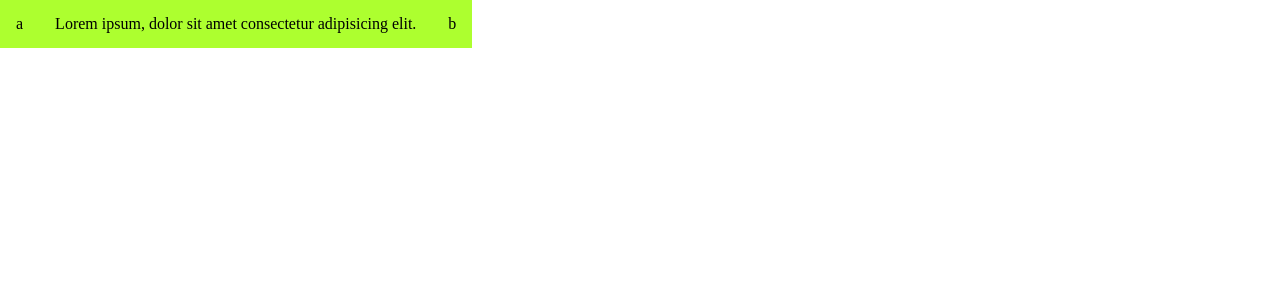
Repository: Giangattt123/HTML-CSS
Page: CSS/Flexbox/index.html
The author's editor kept a copy of each file at every save. The page is drawn from the files as they stood at one save, then again after the next save.
The browser window is 1280 px wide. The pictures show the whole page.

Above is the page before, as saved 2023-04-26 10:51:03.

After the next save:
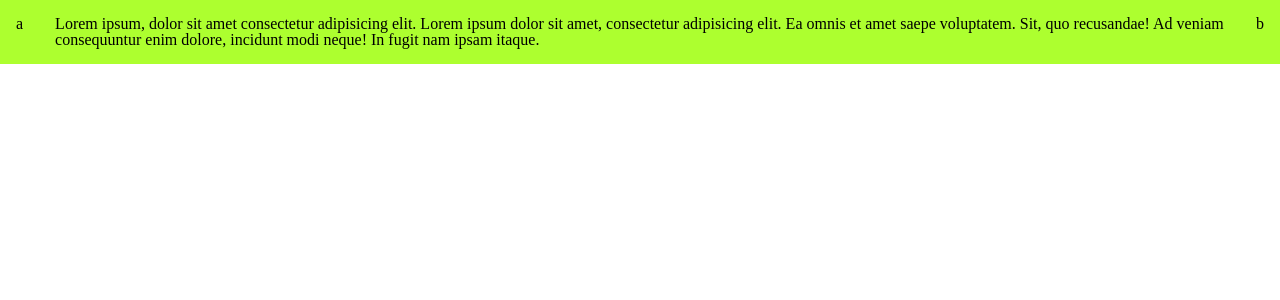
Saved 50 s later.
--- a/CSS/Flexbox/index.html
+++ b/CSS/Flexbox/index.html
@@ -12,7 +12,10 @@
     <ul class="list">
       <li class="list-item">a</li>
       <li class="list-item">
-        Lorem ipsum, dolor sit amet consectetur adipisicing elit.
+        Lorem ipsum, dolor sit amet consectetur adipisicing elit. Lorem ipsum
+        dolor sit amet, consectetur adipisicing elit. Ea omnis et amet saepe
+        voluptatem. Sit, quo recusandae! Ad veniam consequuntur enim dolore,
+        incidunt modi neque! In fugit nam ipsam itaque.
       </li>
       <li class="list-item">b</li>
     </ul>
